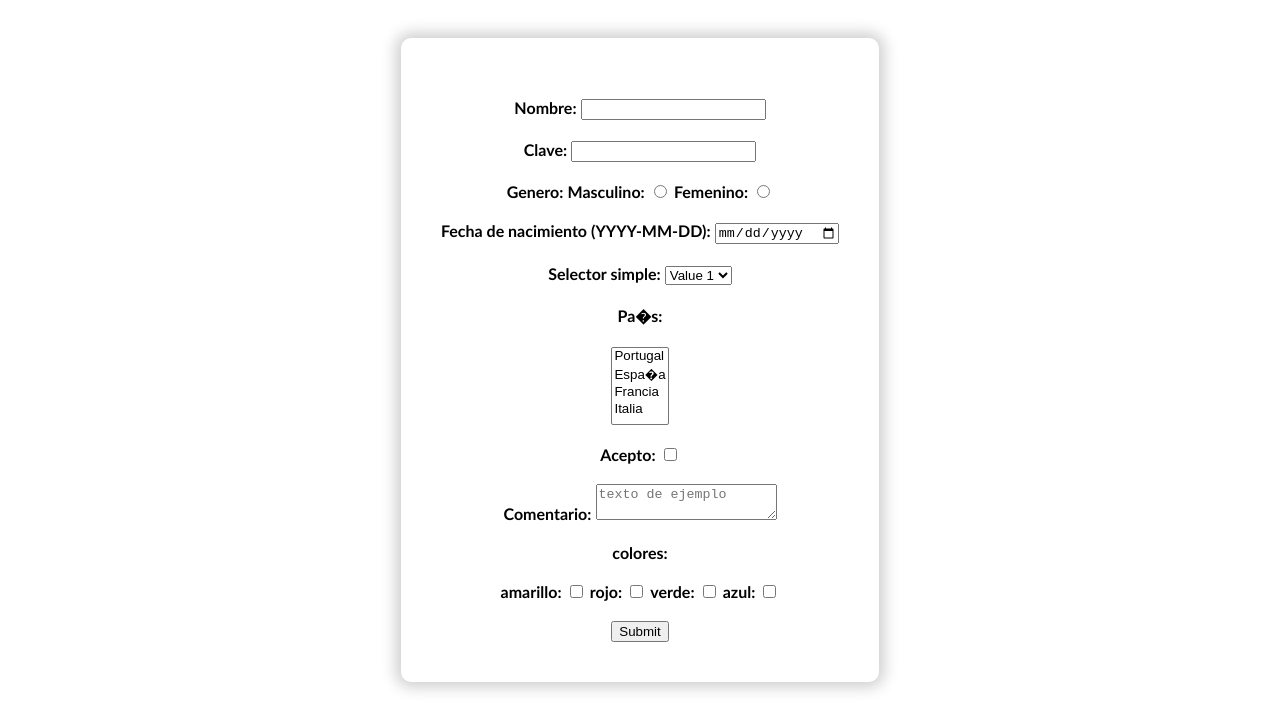
Repository: alvaroteja/ServidorJava
Page: http://localhost/12-EchoParametrosConArchivosJSP/
An editor plug-in stored every save of this project. The page is shown before and after the next save, followed by the edit.
The browser window is 1280 px wide. The pictures show the whole page.
The page is served by Tomcat 10. Other server files are loaded and not shown. The template is opened directly, without the code that normally fills it, so the values that code supplies are empty.

Above is the page before, as saved 2023-01-24 11:23:49.

### 12-EchoParametrosConArchivosJSP/src/main/webapp/formulario.jsp
<%@ page language="java" contentType="text/html; charset=UTF-8" pageEncoding="UTF-8"%>

<%
// Variables recuperadas
String nombre = (String) request.getAttribute("nombre");
nombre = nombre != null ? nombre : "";

String clave = (String) request.getAttribute("clave");
clave = clave != null ? clave : "";

String genero = (String) request.getAttribute("genero");
genero = genero != null ? genero : "";

String FechaNacimiento = (String) request.getAttribute("FechaNacimiento");
FechaNacimiento = FechaNacimiento != null ? FechaNacimiento : "";

String selectorSimple = (String) request.getAttribute("selectorSimple");
selectorSimple = selectorSimple != null ? selectorSimple : "";

//String[] pais = (String []) request.getAttribute("pais");

String acepto = (String) request.getAttribute("acepto");
acepto = acepto == "on" ? "checked": "";

String comentario = (String) request.getAttribute("comentario");
comentario = comentario != null ? comentario : "";

String oculto = (String) request.getAttribute("oculto");
oculto = oculto != null ? oculto : "";

//String[] colores = (String []) request.getAttribute("colores");


String nombreValidacion = (String) request.getAttribute("nombreValidacion");
String claveValidacion = (String) request.getAttribute("claveValidacion");
String generoValidacion = (String) request.getAttribute("generoValidacion");
String FechaNacimientoValidacion = (String) request.getAttribute("FechaNacimientoValidacion");
String selectorSimpleValidacion = (String) request.getAttribute("selectorSimpleValidacion");
//String[] pais = (String []) request.getAttribute("pais");
String aceptoValidacion = (String) request.getAttribute("aceptoValidacion");
String comentarioValidacion = (String) request.getAttribute("comentarioValidacion");
String ocultoValidacion = (String) request.getAttribute("ocultoValidacion");
//String[] colores = (String []) request.getAttribute("colores");
%>

<!DOCTYPE html>
<html>
<head>
<meta charset="UTF-8">
<title>Insert title here</title>
<style>
body {
	margin: 0;
	width: 100vw;
	height: 100vh;
	display: flex;
	align-items: center;
	justify-content: center;
}

form {
	background-color: white;
	box-shadow: 0 0 15px 5px rgba(0, 0, 0, 0.2);
	padding: 40px;
	border-radius: 10px;
	text-align: center;
	font-family: "Gill Sans", "Gill Sans MT", Calibri, "Trebuchet MS",
		sans-serif;
}

form>* {
	margin-top: 20px;
}

label {
	display: inline-block;
	font-weight: bold;
}
</style>
</head>
<body>
	<form action="FormularioServlet" method="post">
		<label>Nombre:</label>
		<input type="text" name="nombre" value="<%=nombre%>" /> <br />
		<label>Clave:</label>
		<input type="password" name="clave" value="<%=clave%>"/> <br />
		<label>Genero:</label>
		<label>Masculino:</label>
		<input type="radio" name="genero" value="masculino" />
		<label>Femenino:</label>
		<input type="radio" name="genero" value="femenino" /> <br />
		<label>Fecha de nacimiento (YYYY-MM-DD):</label>
		<input type="date" name="FechaNacimiento" /> <br />
		<label>Selector simple:</label>
		<select name="selectorSimple">
			<option value="value1">Value 1</option>
			<option value="value2">Value 2</option>
			<option value="value3">Value 3</option>
		</select> <br />
		<label>Pa�s:</label>
		<br /> <select name="pais" id="pais" multiple>
			<option value="Portugal">Portugal</option>
			<option value="Espana">Espa�a</option>
			<option value="Francia">Francia</option>
			<option value="Italia">Italia</option>
		</select> <br />
		<label>Acepto:</label>
		<input type="checkbox" name="acepto" <%=acepto%> /> <br />
		<label>Comentario:</label>
		<textarea name="comentario" placeholder="texto de ejemplo" ><%=comentario%></textarea>
		<input type="hidden" name="oculto" value="aa" /><br />
		<label class="margen">colores:</label>
		<br />
		<label>amarillo:</label>
		<input type="checkbox" name="colores" value="amarillo" />
		<label>rojo:</label>
		<input type="checkbox" name="colores" value="rojo" />
		<label>verde:</label>
		<input type="checkbox" name="colores" value="verde" />
		<label>azul:</label>
		<input type="checkbox" name="colores" value="azul" /> <br /> <input type="submit" />
	</form>
</body>
</html>

After the next save:
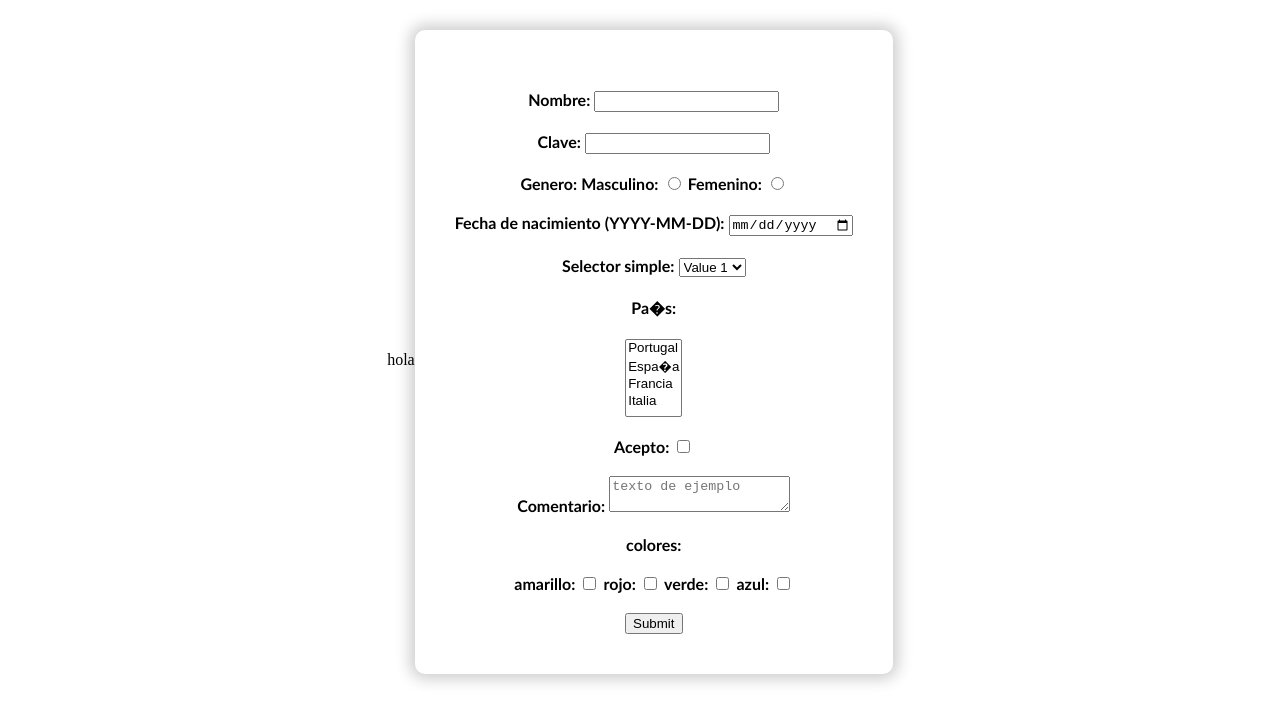
Saved 76 s later.
--- a/12-EchoParametrosConArchivosJSP/src/main/webapp/formulario.jsp
+++ b/12-EchoParametrosConArchivosJSP/src/main/webapp/formulario.jsp
@@ -20,6 +20,7 @@ selectorSimple = selectorSimple != null ? selectorSimple : "";
 //String[] pais = (String []) request.getAttribute("pais");
 
 String acepto = (String) request.getAttribute("acepto");
+out.print("hola");
 acepto = acepto == "on" ? "checked": "";
 
 String comentario = (String) request.getAttribute("comentario");
